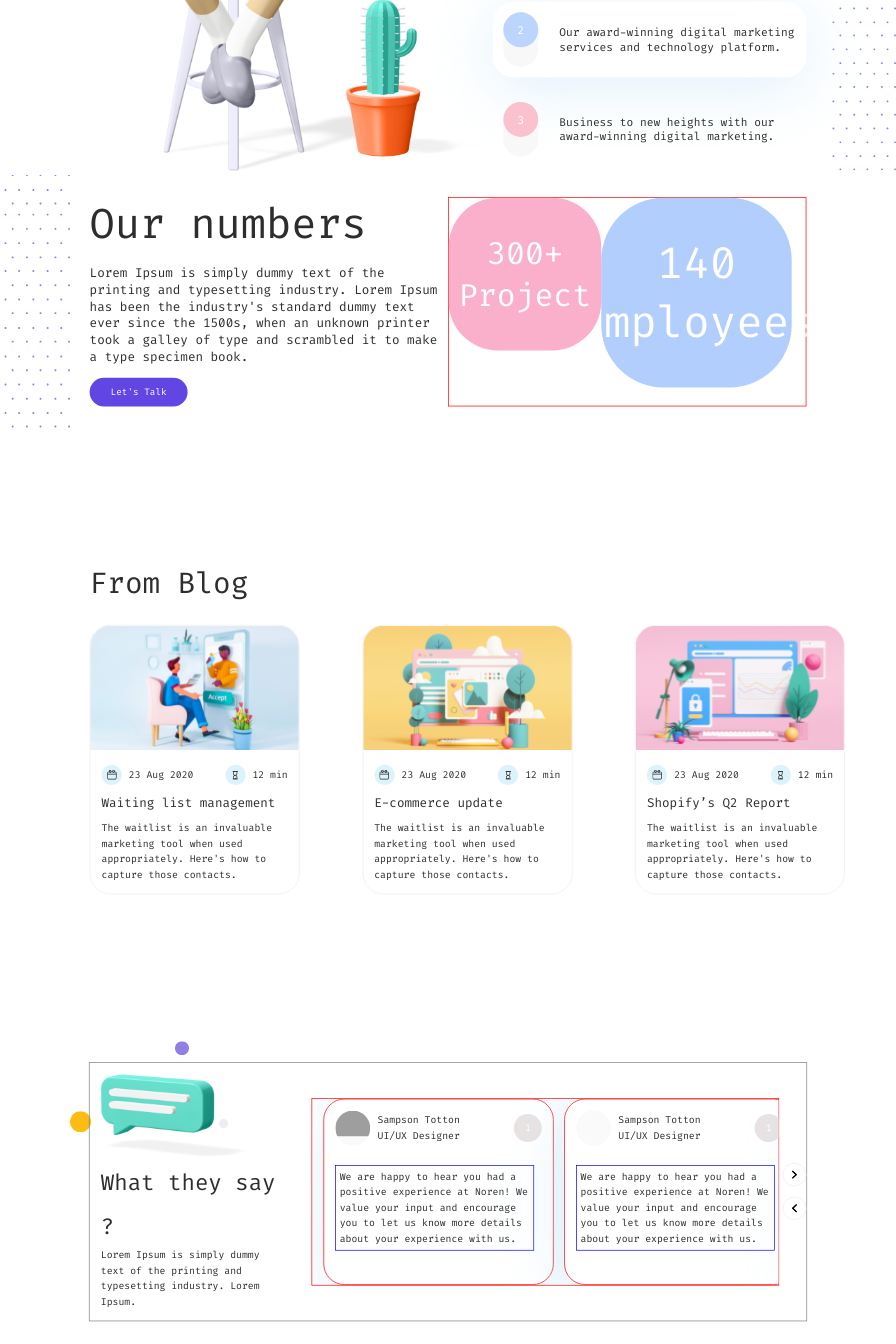
Repository: devdahcoder/noren
Page: index.html
These files come from the project's save history. The page is drawn as it stood at one moment and after a run of saves; the edit follows.
The browser window is 1280 px wide. The pictures show the part of the page from y = 1901 to 3821 px (the page is 4517 px tall before and 4715 px after), at 70% of full size.
Pictures or frames that could not be fetched are drawn as grey boxes. The style sheet was rebuilt from its Sass, Less or Tailwind sources for each picture, by a compiler version that may differ from the author's.

Above is the page before, as saved 2020-12-23 13:03:40.

After the next 2 saves:
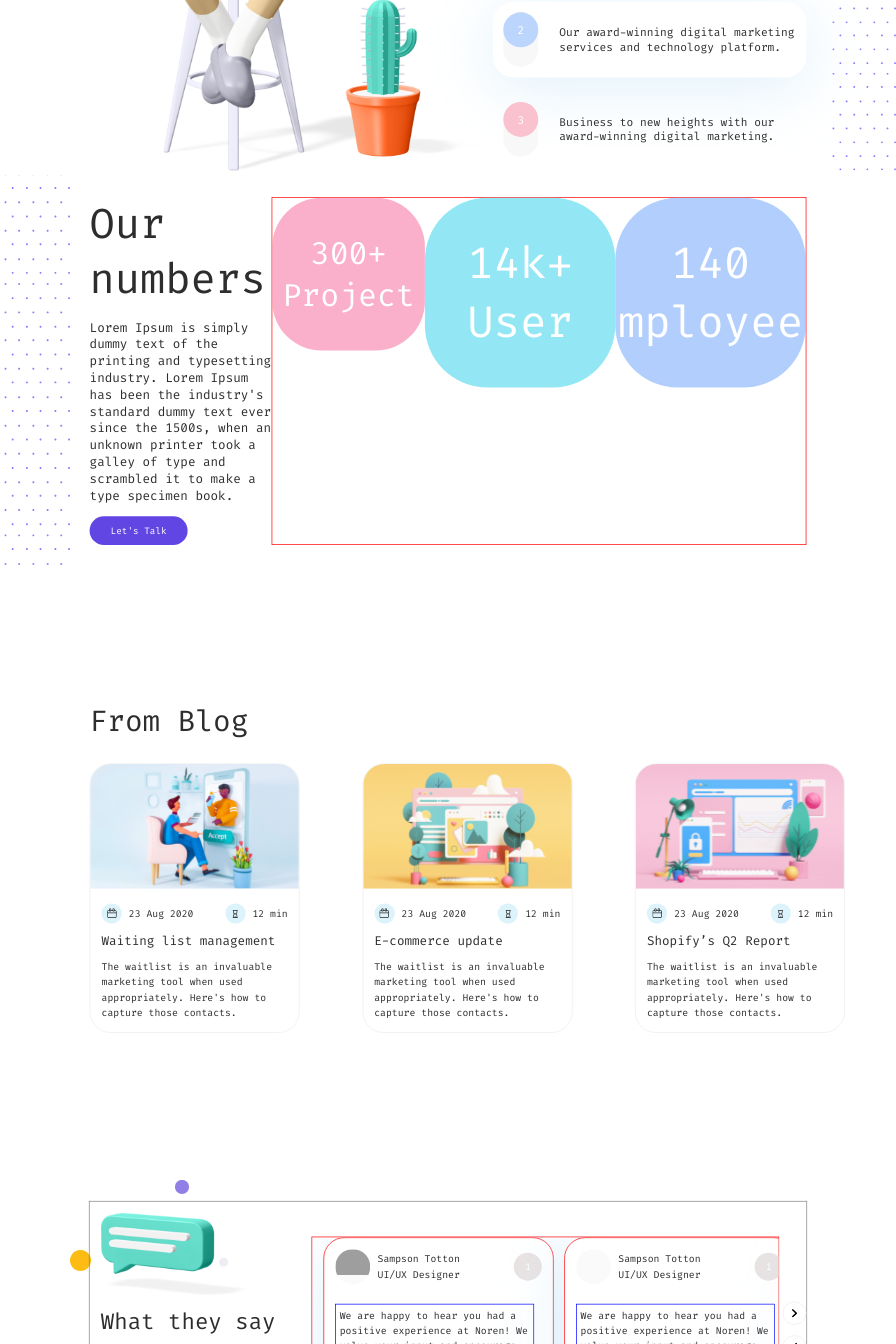
The 2 saves are shown as one change because they came seconds apart.
The last was saved 10 s later.
--- a/index.html
+++ b/index.html
@@ -196,6 +196,10 @@
                     300+ Project
                 </div>
 
+                <div class="company-numbers top">
+                    <p>14k+ User</p>
+                </div>
+
                 <div class="company-numbers bottom">
                     140 Employees
                 </div>
